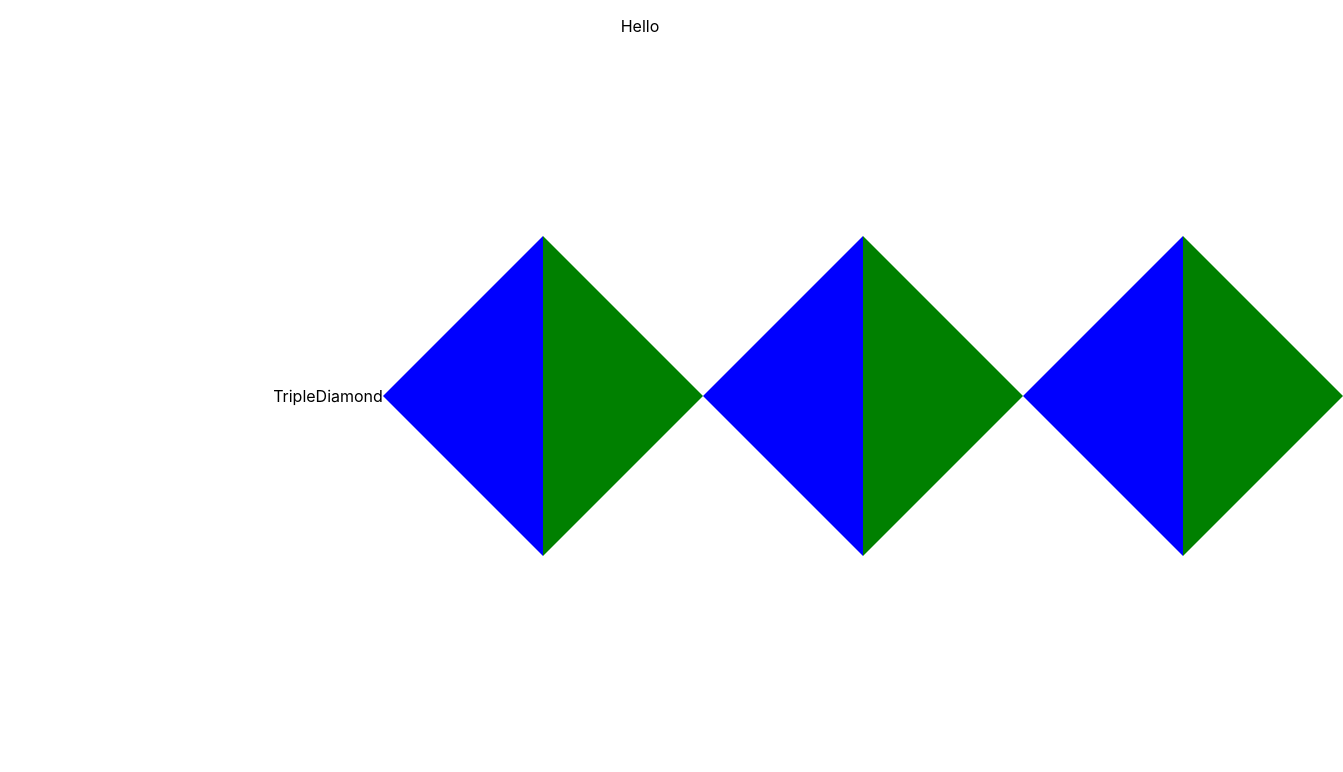
Repository: YingCG/interaction-design
Page: /
These files come from the project's save history. The page is drawn as it stood at one moment and after the next save; the edit follows.
The browser window is 1280 px wide. The page is 1343 px wide, then 1280 px, then 1343 px, so the pictures cover 1343 px, including what lies to the right of the window. The pictures show the whole page.
The project was rebuilt for these pictures with package versions that can differ from the ones it lists, and the page was loaded fresh each time.

Above is the page before, as saved 2023-09-07 10:23:46.

After the next save:
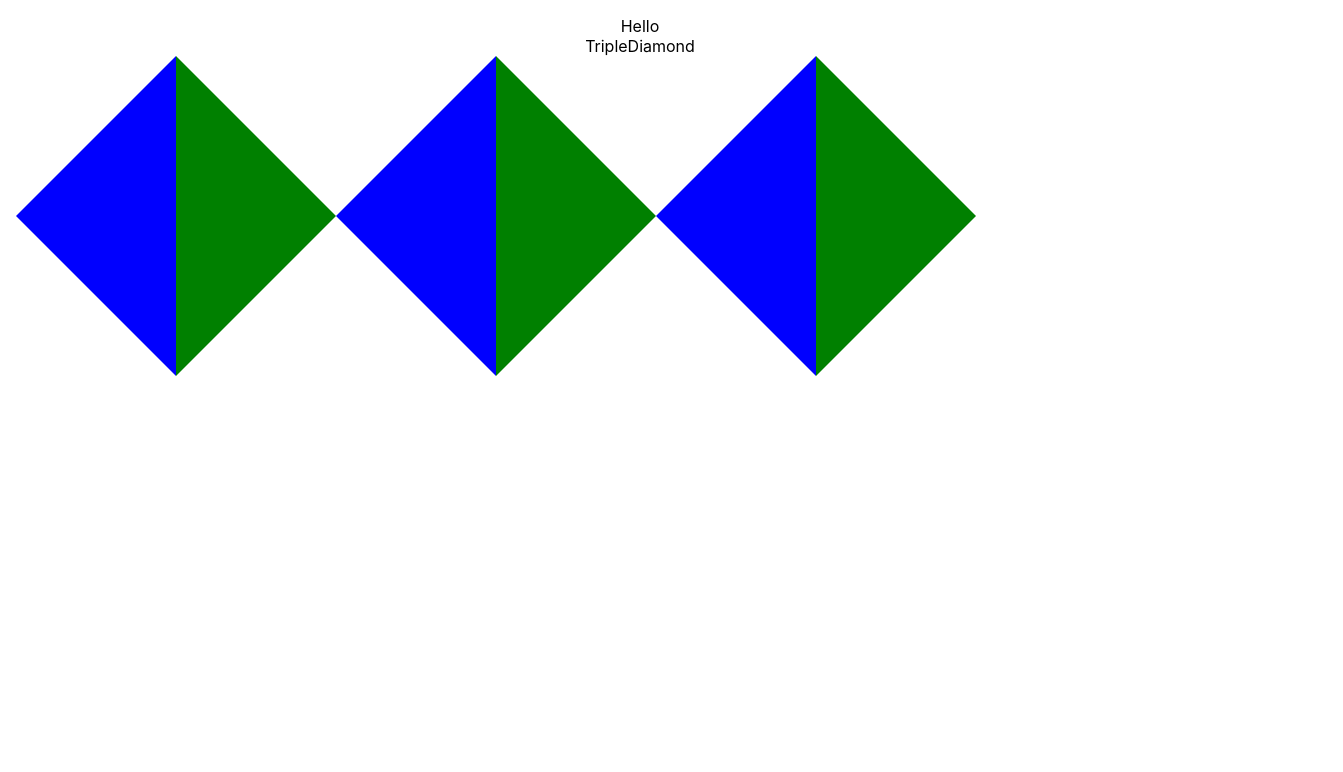
Saved 11 s later.
--- a/src/App.css
+++ b/src/App.css
@@ -22,9 +22,9 @@
 }
 
 .container {
-  display: flex;
-  justify-content: center;
-  align-items: center;
+  /* display: flex; */
+  /* justify-content: center;
+  align-items: center; */
   width: 100%;
   height: 100vh;
 }

After the save that followed:
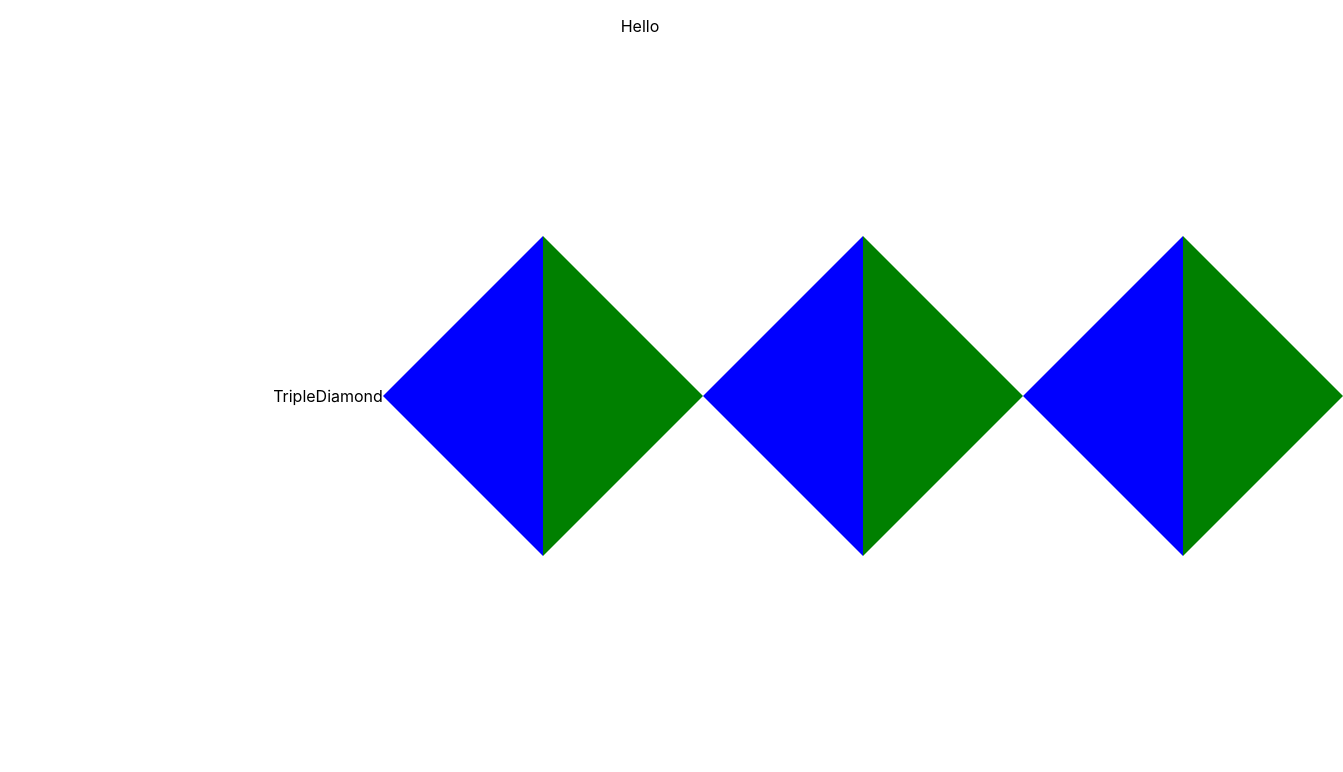
Saved 18 s later.
--- a/src/App.css
+++ b/src/App.css
@@ -22,9 +22,9 @@
 }
 
 .container {
-  /* display: flex; */
-  /* justify-content: center;
-  align-items: center; */
+  display: flex;
+  justify-content: center;
+  align-items: center;
   width: 100%;
   height: 100vh;
 }
